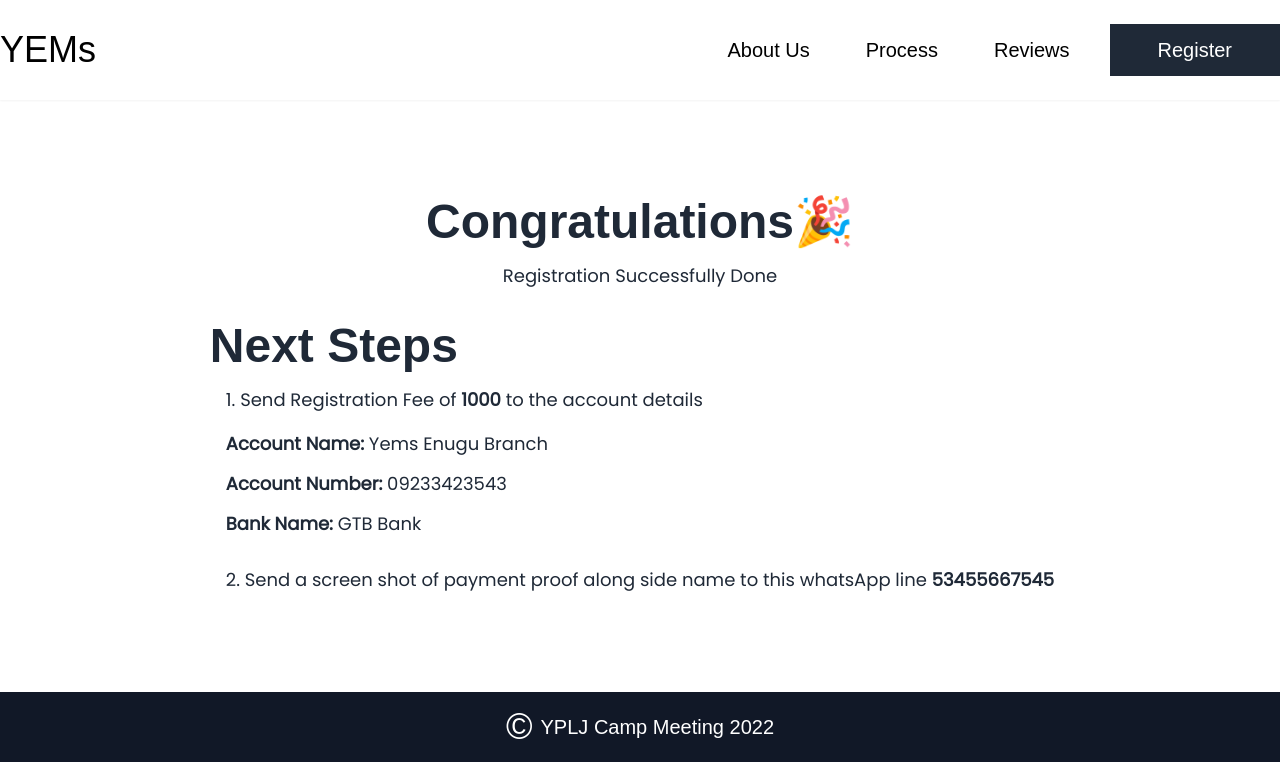
Repository: Ifenna-Pascal/user-camp-onboarding
Page: /dashboard
These files come from the project's save history. The page is drawn as it stood at one moment and after the next save; the edit follows.
The browser window is 1280 px wide. The pictures show the whole page.
Some web fonts or font styles are not loaded; a fallback is used. The project was rebuilt for these pictures with package versions that can differ from the ones it lists, and the page was loaded fresh each time. The framework's server and built-in components were replaced by stand-ins that run in the browser. Also part of the build but not shown: next.config.js.

Above is the page before, as saved 2022-11-27 08:21:53.

### pages/_app.js
import Mainlayout from "../components/layout";
import "../styles/globals.css";
import "remixicon/fonts/remixicon.css";

function MyApp({ Component, pageProps }) {
  return (
    <Mainlayout>
      <Component {...pageProps} />
    </Mainlayout>
  );
}

export default MyApp;

### pages/dashboard.jsx
import React from "react";

function Dashboard() {
  return (
    <div className="min-h-[80vh] flex  flex-col items-center justify-center">
      <h1 className="text-gray-800 text-center lg:text-left text-2xl lg:text-5xl font-semibold font-sono block ">
        Congratulations🎉
      </h1>
      <p className="block text-base  lg:text-lg text-center font-poppins text-gray-800 leading-[30px] py-2 lg:py-4">
        Registration Successfully Done
      </p>
      <div>
        <h1 className="text-gray-800 text-center pt-4 lg:text-left text-2xl lg:text-5xl font-semibold font-sono block ">
          Next Steps{" "}
        </h1>
        <p className="block text-base  lg:text-lg text-left px-4 font-poppins text-gray-800 leading-[30px] py-2 lg:py-4">
          1. Send Registration Fee of <strong>1000</strong> to the account
          details
        </p>
        <div className="px-4">
          <p className="block text-base  lg:text-lg text-left pb-3 font-poppins text-gray-800 leading-[30px]">
            <b>Account Name:</b> Yems Enugu Branch
          </p>
          <p className="block text-base  lg:text-lg text-left pb-3 font-poppins text-gray-800 leading-[30px]">
            <b>Account Number:</b> 09233423543
          </p>
          <p className="block text-base  lg:text-lg text-left pb-3 font-poppins text-gray-800 leading-[30px]">
            <b>Bank Name:</b> GTB Bank
          </p>
        </div>
        <p className="block text-base  lg:text-lg text-left px-4 font-poppins text-gray-800 leading-[30px] py-2 lg:py-4">
          2. Send a screen shot of payment proof along side name to this
          whatsApp line{" "}
          <strong>
            <a href="">53455667545</a>
          </strong>
        </p>
      </div>
    </div>
  );
}

export default Dashboard;

### components/layout/index.jsx
import React from "react";
import Footer from "./Footer";
import Nav from "./Nav";

function Mainlayout({ children }) {
  return (
    <div className="relative">
      <Nav />
      <main>{children}</main>
      <Footer />
    </div>
  );
}

export default Mainlayout;

### styles/globals.css
@import url('https://fonts.googleapis.com/css2?family=Poppins&family=Sono:wght@400;500&display=swap');
@import url('https://fonts.googleapis.com/css2?family=Montserrat&family=Source+Sans+Pro&display=swap');

* {
  padding: 0;
  margin: 0;
  box-sizing: border-box;
  scroll-behavior: smooth;
}

html,
body {
  padding: 0;
  margin: 0;
  font-family: -apple-system, BlinkMacSystemFont, Segoe UI, Roboto, Oxygen,
    Ubuntu, Cantarell, Fira Sans, Droid Sans, Helvetica Neue, sans-serif;
}

a {
  color: inherit;
  text-decoration: none;
}

* {
  box-sizing: border-box;
}

@media (prefers-color-scheme: dark) {
  html {
    color-scheme: dark;
  }
  body {
    color: white;
    background: black;
  }
}

@tailwind base;
@tailwind components;
@tailwind utilities;

### components/layout/Footer.jsx
import React from "react";

function Footer() {
  return (
    <div className="bg-gray-900 w-full h-[70px]  flex items-center justify-center">
      <p className="text-center flex items-center text-white font-sono text-xl">
        {" "}
        <span className="text-4xl mr-2">&copy;</span> YPLJ Camp Meeting 2022{" "}
      </p>
    </div>
  );
}

export default Footer;

### components/layout/Nav.jsx
import Link from "next/link";
import { useRouter } from "next/router";
import React, { useState } from "react";
import Button from "../general/Button";
import NavLink from "../general/NavLink";

function Nav() {
  const [show, setShow] = useState(false);
  const router = useRouter();
  const toggle = () => {
    setShow(!show);
  };
  return (
    <div className="lg:sticky  top-0 w-full shadow-sm mb-4 z-50 px-6 lg:px-0 bg-white">
      <nav className="w-full lg:py-6 py-5 flex items-center  lg:max-w-[1450px] lg:mx-auto justify-between">
        <Link href="/">
          {" "}
          <h1 className="font-sono text-2xl lg:text-4xl ">YEMs</h1>
        </Link>
        <ul className="lg:flex items-center hidden justify-between">
          <NavLink href="/#home" name="About Us" />
          <NavLink href="/#process" name="Process" />
          <NavLink href="/#reviews" name="Reviews" />
          <Link href="/register">
            <Button text="Register" />
          </Link>
        </ul>
        <button
          className='block md:hidden className="w-full px-2 py-1 rounded-lg text-AP-grey-200 hover:text-AP-blue-200 border-AP-grey-200 hover:border-AP-blue-400'
          onClick={toggle}
        >
          <i
            className={`${
              !show ? "ri-menu-3-fill duration-500" : "ri-close-line"
            } text-2xl text-gray-800`}
          />
        </button>
      </nav>
      <div
        className={`flex lg:hidden ${
          show
            ? "flex duration-500  flex-col items-center space-y-8 pt-2 "
            : "hidden"
        }`}
      >
        <NavLink href="/#home" name="About Us" />
        <NavLink href="/#process" name="Process" />
        <NavLink href="/#reviews" name="Reviews" />
        {/* {router.pathname !== "/register" && (
          <Link href="/register">
            <Button text="Register" onClick={() => setShow(false)} />
          </Link>
        )} */}
      </div>
    </div>
  );
}

export default Nav;

### components/general/Button.jsx
import React from "react";

function Button({ text, ...rest }) {
  return (
    <button
      className="bg-gray-800 px-12 py-3 hover:bg-white hover:text-black hover:border hover:border-black duration-500 hover:ease-in-out text-white font-sono text-xl"
      {...rest}
    >
      {text}
    </button>
  );
}

export default Button;

### components/general/NavLink.jsx
import Link from "next/link";
import React from "react";

function NavLink({ href, name }) {
  return (
    <Link href={href}>
      <span className="text-black px-4 text-xl font-sono mr-6 font-500">
        {name}
      </span>
    </Link>
  );
}

export default NavLink;

### tailwind.config.js
/** @type {import('tailwindcss').Config} */
module.exports = {
  content: [
    "./pages/**/*.{js,ts,jsx,tsx}",
    "./components/**/*.{js,ts,jsx,tsx}",
  ],

  theme: {
    extend: {
      fontFamily: {
        sono: ["Sono", "sans-serif"],
        poppins: ["Poppins", "sans-serif"],
        montserat: ["Montserrat", "sans-serif"],
      },
    },
  },
  plugins: [],
};

After the next save:
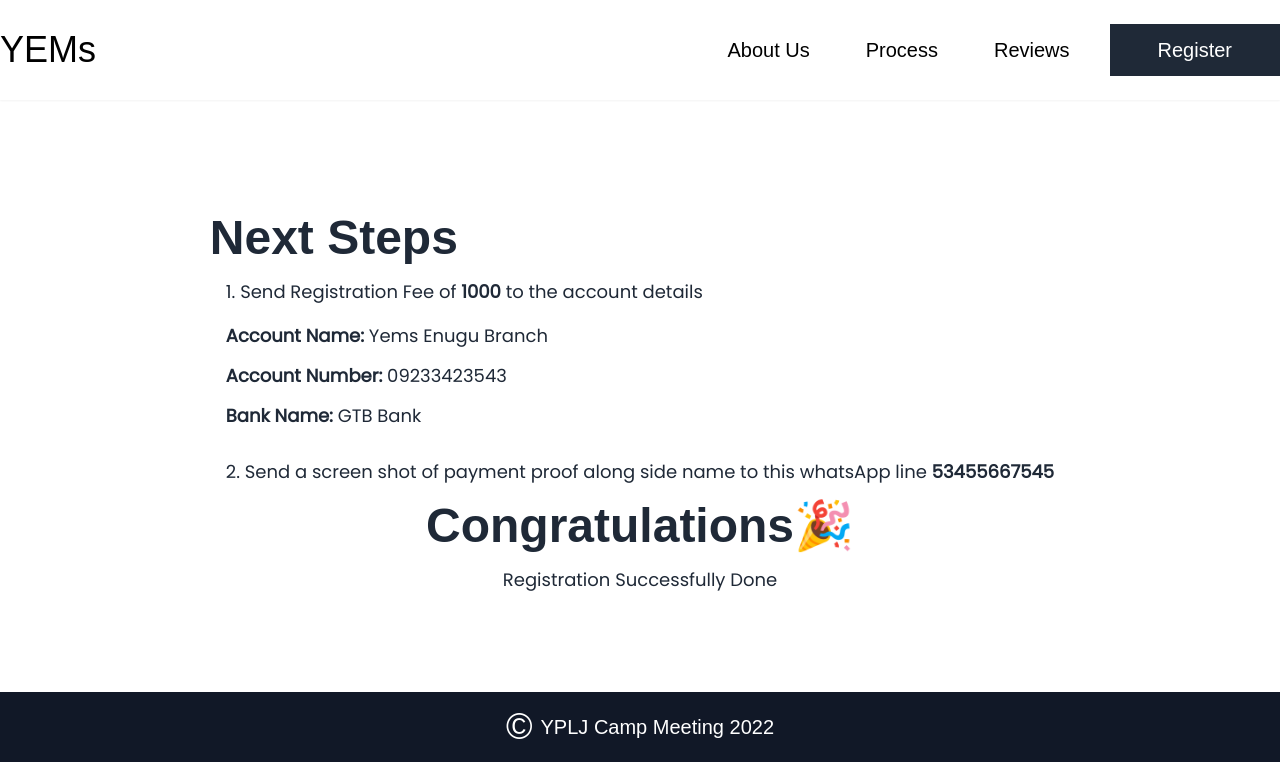
Saved 38 s later.
--- a/pages/dashboard.jsx
+++ b/pages/dashboard.jsx
@@ -3,12 +3,6 @@ import React from "react";
 function Dashboard() {
   return (
     <div className="min-h-[80vh] flex  flex-col items-center justify-center">
-      <h1 className="text-gray-800 text-center lg:text-left text-2xl lg:text-5xl font-semibold font-sono block ">
-        Congratulations🎉
-      </h1>
-      <p className="block text-base  lg:text-lg text-center font-poppins text-gray-800 leading-[30px] py-2 lg:py-4">
-        Registration Successfully Done
-      </p>
       <div>
         <h1 className="text-gray-800 text-center pt-4 lg:text-left text-2xl lg:text-5xl font-semibold font-sono block ">
           Next Steps{" "}
@@ -36,6 +30,12 @@ function Dashboard() {
           </strong>
         </p>
       </div>
+      <h1 className="text-gray-800 text-center lg:text-left text-2xl lg:text-5xl font-semibold font-sono block ">
+        Congratulations🎉
+      </h1>
+      <p className="block text-base  lg:text-lg text-center font-poppins text-gray-800 leading-[30px] py-2 lg:py-4">
+        Registration Successfully Done
+      </p>
     </div>
   );
 }
